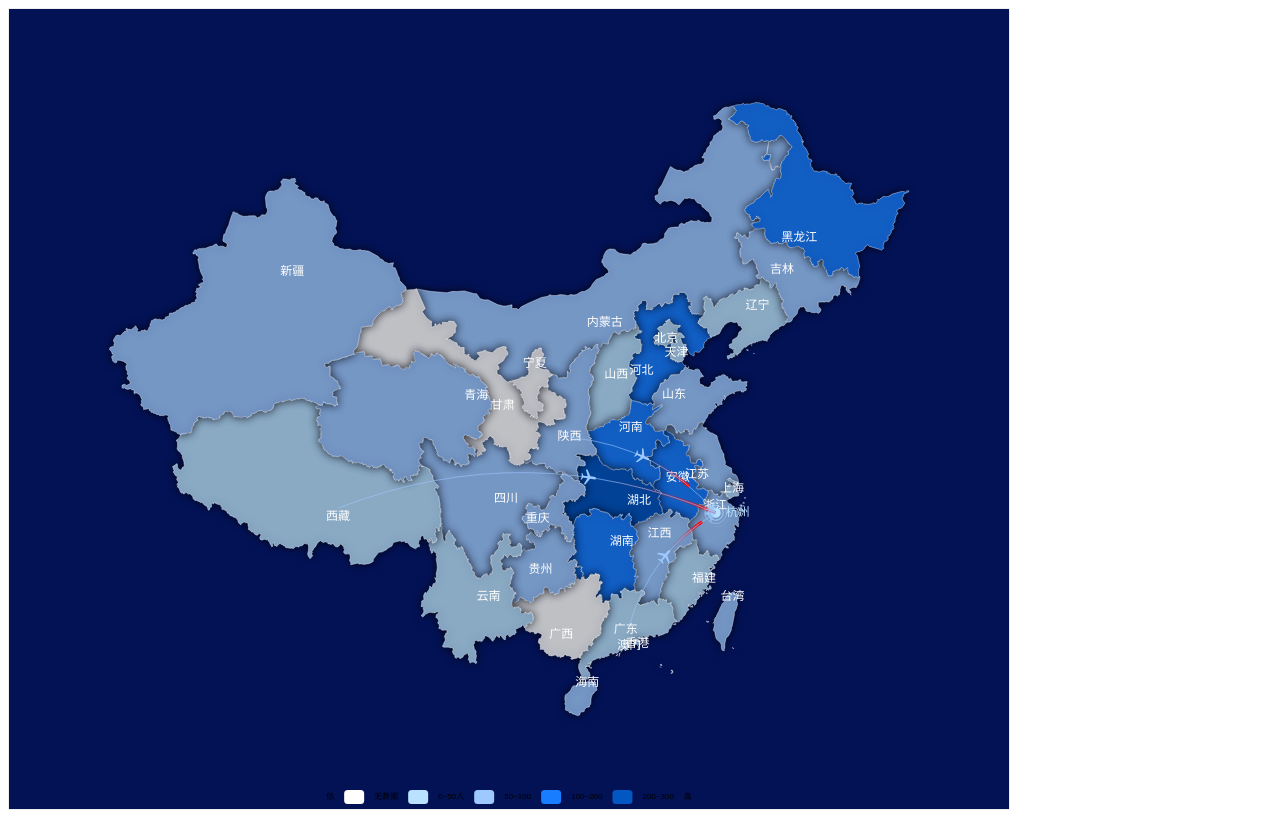
Repository: 572031690/echartssimple
Page: 21.地图常见效果_地图和散点图结合.html
The author's editor kept a copy of each file at every save. The page is drawn from the files as they stood at one save, then again after the next save.
The browser window is 1280 px wide. The pictures show the whole page.

Above is the page before, as saved 2021-08-11 15:20:22.

### 21.地图常见效果_地图和散点图结合.html
<!DOCTYPE html>
<html lang="en">

<head>
  <meta charset="UTF-8">
  <meta name="viewport" content="width=device-width, initial-scale=1.0">
  <meta http-equiv="X-UA-Compatible" content="ie=edge">
  <title>Document</title>
  <script src="lib/echarts.min.js"></script>
  <script src="lib/jquery.min.js"></script>
</head>

<body>
  <div style="width: 1000px;height:800px;background-color:#031255;border: 1px solid #eee;"></div>

  <script>
    //1. 给series下增加一个新的对象
    //2. 准备数据散点数据  , 配置给series下的另外一个对象
    //3. 配置series下的新对象的type值为effectScatter
    //4. 指明散点图的坐标系统为geo
    //5. 调整涟漪动画效果
    var airData = [
      { name: '北京', value: 39.92,count: 35 },
      { name: '天津', value: 39.13,count: 35 },
      { name: '上海', value: 31.22,count: 35 },
      { name: '重庆', value: 66,count: 35 },
      { name: '河北', value: 147,count: 35 },
      { name: '河南', value: 113,count: 35 },
      { name: '云南', value: 25.04,count: 35 },
      { name: '辽宁', value: 50,count: 35 },
      { name: '黑龙江', value: 114,count: 35 },
      { name: '湖南', value: 175,count: 35 },
      { name: '安徽', value: 117,count: 35 },
      { name: '山东', value: 92,count: 35 },
      { name: '新疆', value: 84,count: 35 },
      { name: '江苏', value: 67,count: 35 },
      { name: '浙江', value: 84,count: 35 },
      { name: '江西', value: 96,count: 35 },
      { name: '湖北', value: 273,count: 35 },
      { name: '广西', value: 0,count: 35 },
      { name: '甘肃', value: 0,count: 35 },
      { name: '山西', value: 39,count: 35 },
      { name: '内蒙古', value: 58,count: 35 },
      { name: '陕西', value: 61,count: 35 },
      { name: '吉林', value: 51,count: 35 },
      { name: '福建', value: 29,count: 35 },
      { name: '贵州', value: 71,count: 35 },
      { name: '广东', value: 38,count: 35 },
      { name: '青海', value: 57,count: 35 },
      { name: '西藏', value: 24 ,count: 35},
      { name: '四川', value: 58,count: 35 },
      { name: '宁夏', value: 0 ,count: 35},
      { name: '海南', value: 54,count: 35 },
      { name: '台湾', value: 88,count: 35 },
      { name: '香港', value: 66,count: 35 },
      { name: '澳门', value: 77,count: 35 },
      { name: '南海诸岛', value: 55 ,count: 35}
    ]
    var scatterData = [
      {
        value: [120.213042, 29.86119]
      }
    ]
    var planePath =
                "path://M1705.06,1318.313v-89.254l-319.9-221.799l0.073-208.063c0.521-84.662-26.629-121.796-63.961-121.491c-37.332-0.305-64.482,36.829-63.961,121.491l0.073,208.063l-319.9,221.799v89.254l330.343-157.288l12.238,241.308l-134.449,92.931l0.531,42.034l175.125-42.917l175.125,42.917l0.531-42.034l-134.449-92.931l12.238-241.308L1705.06,1318.313z";
    var mCharts = echarts.init(document.querySelector("div"))
    $.get('json/map/china.json', function (ret) {
      // ret 就是中国的各个省份的矢量地图数据
      console.log(ret)
      echarts.registerMap('chinaMap', ret)
      var option = {
        tooltip: {//鼠标一上去的信息框
          trigger: 'item'
        },
        geo: {
          type: 'map',
          map: 'chinaMap', // chinaMap需要和registerMap中的第一个参数保持一致
          roam: true, // 设置允许缩放以及拖动的效果
          label: {
            show: true, // 展示标签
            textStyle: {
              fontSize: 12,
              textWeight:900,
              color: 'white'
            }
          },
          itemStyle: {
            normal: {
              areaColor: '#416cbb',//地图区域的颜色。
              borderColor: '#fff',//图形的描边颜色。支持的颜色格式同 color，不支持回调函数。
              shadowColor: 'black',//阴影颜色。#41587f
              shadowBlur: 8,//图形阴影的模糊大小。
              opacity: 0.75//图形透明度
            },
            emphasis: {
              areaColor: '#fdd145',
            }
          }
        },
        series: [
          {
            data: airData,
            geoIndex: 0, // 将空气质量的数据和第0个geo配置关联在一起
            type: 'map',
            tooltip: {
              textStyle: {
                fontSize:10,
              },
              // 利用formatter来自定义tooltip展示的数据
              formatter: function (params,ticket,callback) {
                if (params.value) {
                  return params.name+'<br/>成交量：' + params.value + '单<br/>' + '平均标签价格：' + airData[params.dataIndex].count + '元<br/>'
                } else {
                    callback()
                }
              }
            }
          },
          {
                        name: " 杭州 Top3",
                        type: "lines",
                        zlevel: 1,
                        effect: {
                            show: true,
                            period: 5,
                            trailLength: 0.7,
                            color: "red", //arrow箭头的颜色
                            symbolSize: 3
                        },
                        lineStyle: {
                            normal: {
                                color: 'black',
                                width: 0,
                                curveness: 0.2
                            }
                        },
                        data: [{coords:[[91.1865, 30.1465],[120.213042, 29.86119]],fromName:"拉萨",toName:"杭州",value:100},
                        {coords:[[113.5107, 23.2196],[120.213042, 29.86119]],fromName:"广州",toName:"杭州",value:100},
                        {coords:[[109.1162, 34.2004],[120.213042, 29.86119]],fromName:"拉萨",toName:"杭州",value:100}
                      ]
                    },
                    {
                        name: " 杭州 Top3",
                        type: "lines",
                        zlevel: 2,
                        symbol: ["none", "arrow"],
                        symbolSize: 10,
                        effect: {
                            show: true,
                            period: 3,
                            trailLength: 0,
                            symbol: planePath,
                            symbolSize: 15
                        },
                        lineStyle: {
                            normal: {
                                color: 'black',
                                width: 1,
                                opacity: 0.6,
                                curveness: 0.2
                            }
                        },
                        data: [{coords:[[91.1865, 30.1465],[120.213042, 29.86119]],fromName:"拉萨",toName:"杭州",value:100},
                        {coords:[[113.5107, 23.2196],[120.213042, 29.86119]],fromName:"广州",toName:"杭州",value:100},
                        {coords:[[109.1162, 34.2004],[120.213042, 29.86119]],fromName:"拉萨",toName:"杭州",value:100}
                      ]
                    },
                    // {
                    //     name: " 杭州 Top3",
                    //     type: "effectScatter",
                    //     coordinateSystem: "geo",
                    //     zlevel: 2,
                    //     rippleEffect: {
                    //         brushType: "stroke"
                    //     },
                    //     label: {
                    //         normal: {
                    //             show: true,
                    //             position: "right",
                    //             formatter: "{b}"
                    //         }
                    //     },
                    //     symbolSize: function (val) {
                    //         return val[2] / 8;
                    //     },
                    //     itemStyle: {
                    //         normal: {
                    //             color: '#a6c84c'
                    //         },
                    //         emphasis: {
                    //             areaColor: "#2B91B7"
                    //         }
                    //     },
                    //     data: scatterData
                    //     // item[1].map(function (dataItem) {
                    //     //     return {
                    //     //         name: dataItem[1].name,
                    //     //         value: geoCoordMap[dataItem[1].name].concat([dataItem[1].value])
                    //     //     };
                    //     // })
                    // }
          {
            name:'杭州',
            data: scatterData, // 配置散点的坐标数据
            type: 'effectScatter',
            coordinateSystem: 'geo', // 指明散点使用的坐标系统  geo的坐标系统
            rippleEffect: {
              scale: 3, // 设置涟漪动画的缩放比例
              brushType: "stroke"
            },
            label: {
              normal: {
                show: true,
                position: "right",
                formatter: "杭州"
              }
            },
            itemStyle: {
              normal: {
                color: 'black'
              },
              emphasis: {
                areaColor: "#2B91B7"
              }
            },
            tooltip: {
              textStyle: {
                fontSize:10,
              },
              // 利用formatter来自定义tooltip展示的数据
              formatter: function (params,ticket,callback) {
                console.log(params);
                return '公司总部：杭州钢材科技公司'
              }
            }
          }
        ],
        visualMap: {
          // type: 'continuous',
          type: 'piecewise',
          min: 0,
          max: 300,
          text: ['高', '低'],//两端的文本，如 ['High', 'Low']
          showLabel:true,           //是否显示每项的文本标签
          orient:"horizontal",     //图例排列方向 水平horizontal 垂直vertical
          left:"center",
          indicatorStyle: {
            borderColor:'red',
            borderWidth: 1,
          },
          textStyle: {//设置文字颜色（Demo左下组件）
            color: 'black',
            fontSize:8
          },
          // inRange: {
          //   color: ['#B8E2FF','#9DC9FF','#6CADFF','#187EFF', '#0357C2'] // 控制颜色渐变的范围
          // },

          pieces: [
          // 自定义『分段式视觉映射组件（visualMapPiecewise）』的每一段的范围，以及每一段的文字，以及每一段的特别的样式
            { gt: 200, lte: 300, label: "200~300", color: "#0357C2" }, // (500, 900]
            { gt: 100, lte: 200, label: "100~200", color: "#187EFF" }, // (310, 500]
            { gt: 50, lte: 100, label: "50~100", color: "#9DC9FF" }, // (200, 300]
            { gt: 0, lte: 50, label: "0~50人", color: "#B8E2FF" }, // (10, 200]
            { value:0, label: "无数据", color: "#fff" } // [0]
          ],

          // calculable: true // 出现滑块
        }
      }
      mCharts.setOption(option)
    })

  </script>
</body>

</html>

Loaded but not shown: lib/echarts.min.js (library); lib/jquery.min.js (library); json/map/china.json (common file)

After the next save:
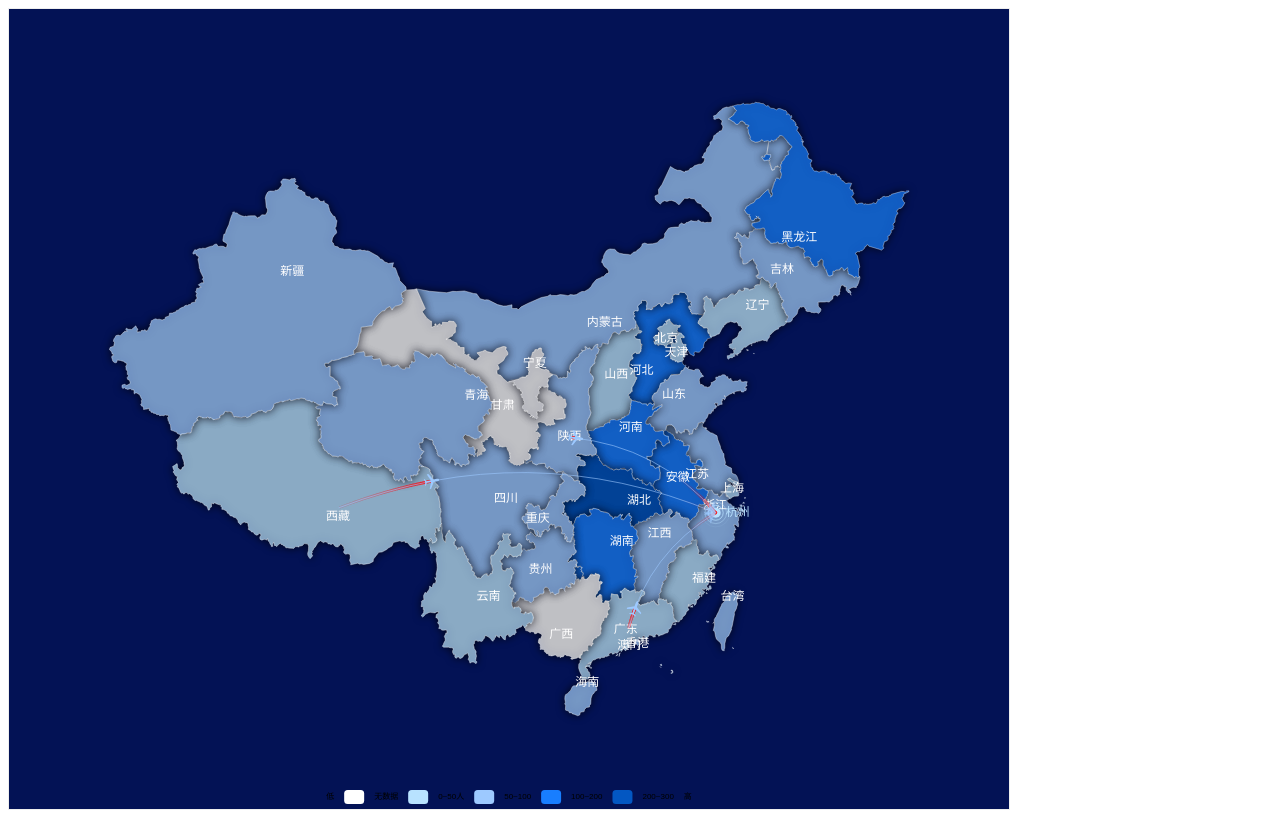
Saved 18 s later.
--- a/21.地图常见效果_地图和散点图结合.html
+++ b/21.地图常见效果_地图和散点图结合.html
@@ -122,7 +122,7 @@
                         zlevel: 1,
                         effect: {
                             show: true,
-                            period: 5,
+                            period: 4, // 动画的快慢
                             trailLength: 0.7,
                             color: "red", //arrow箭头的颜色
                             symbolSize: 3
@@ -147,7 +147,7 @@
                         symbolSize: 10,
                         effect: {
                             show: true,
-                            period: 3,
+                            period: 4,
                             trailLength: 0,
                             symbol: planePath,
                             symbolSize: 15
